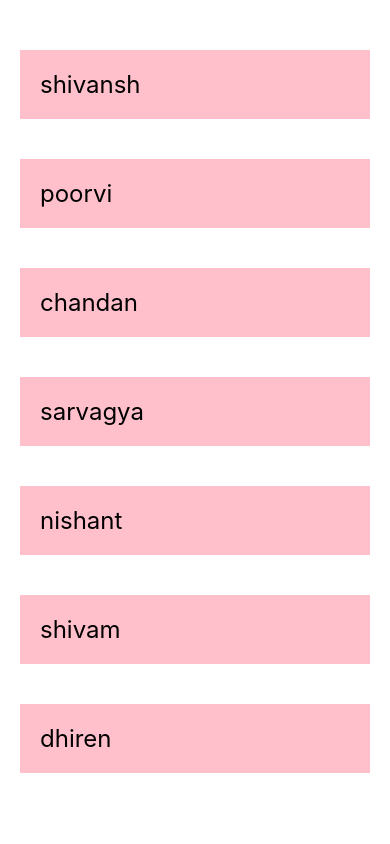
Repository: shiv0403/React-native-tutorial
Screen: /
The author's editor kept a copy of each file at every save. The screen is drawn from the files as they stood at one save, then again after the next save.
The app was drawn by React Native's web renderer in a window 390 px wide. The project was rebuilt for these pictures with package versions that can differ from the ones it lists, and the page was loaded fresh each time.

Above is the screen before, as saved 2021-02-11 08:33:00.

After the next save:
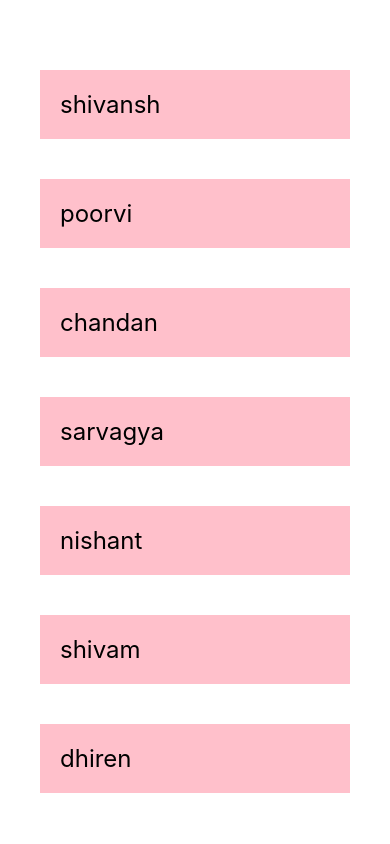
Saved 14 s later.
--- a/App.js
+++ b/App.js
@@ -37,6 +37,7 @@ const styles = StyleSheet.create({
     flex: 1,
     backgroundColor: "#fff",
     marginTop: 30,
+    padding: 20,
     // alignItems: "center",
     // justifyContent: "center",
   },
